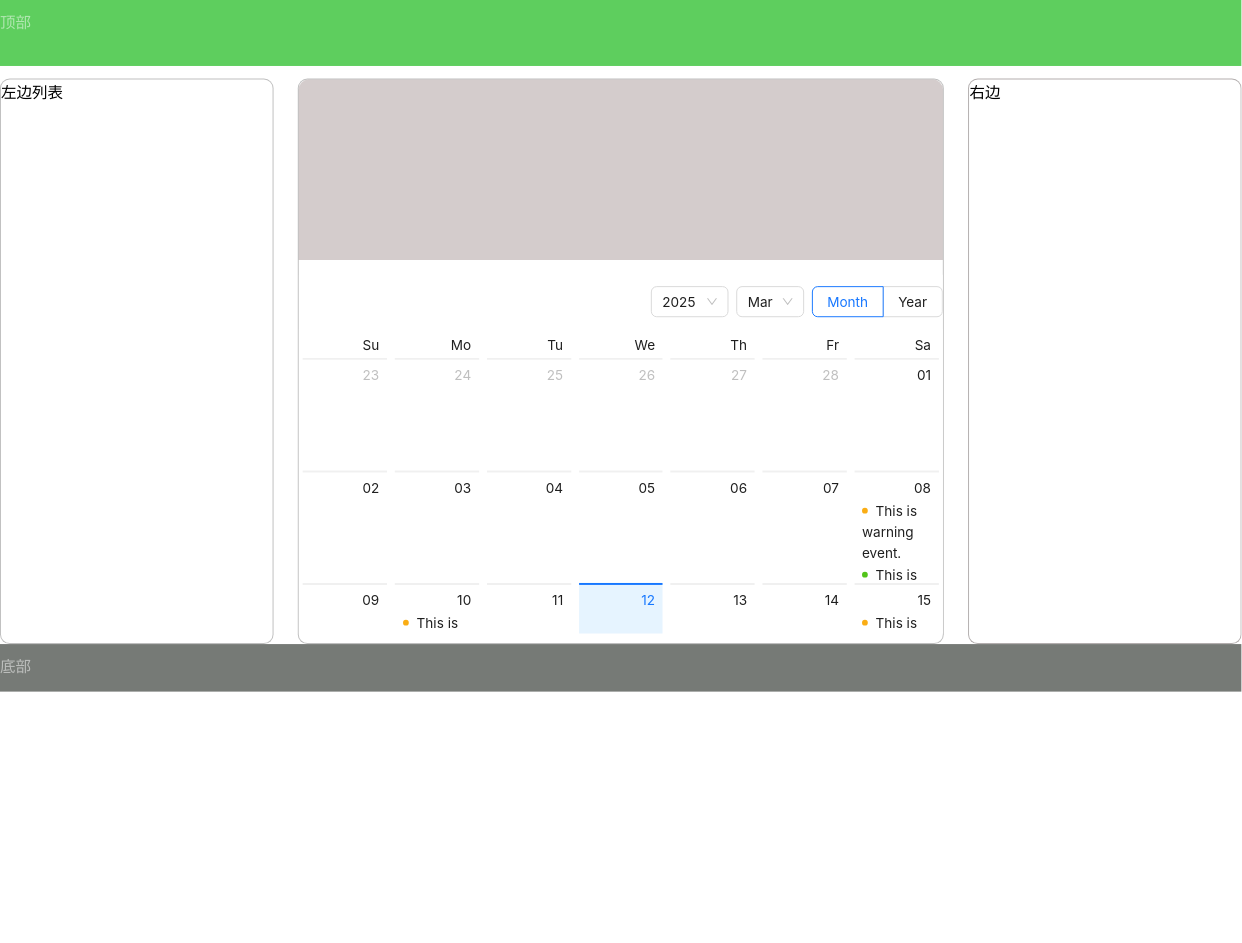
Repository: karicat996/-
Page: /index
An editor plug-in stored every save of this project. The page is shown before and after the next save, followed by the edit.
The browser window is 1280 px wide. The pictures show the whole page, at 97% of full size.
The project was rebuilt for these pictures with package versions that can differ from the ones it lists, and the page was loaded fresh each time. Also part of the build but not shown: vite.config.ts, src/pages/Plan/Plans.tsx, src/layouts/Layouts.tsx, src/pages/TestDemo/index.tsx, src/pages/404.tsx, src/pages/User/Login.tsx, src/pages/User/Register.less, src/services/authServices.tsx and 2 more.

Above is the page before, as saved 2025-03-24 21:25:56.

After the next save:
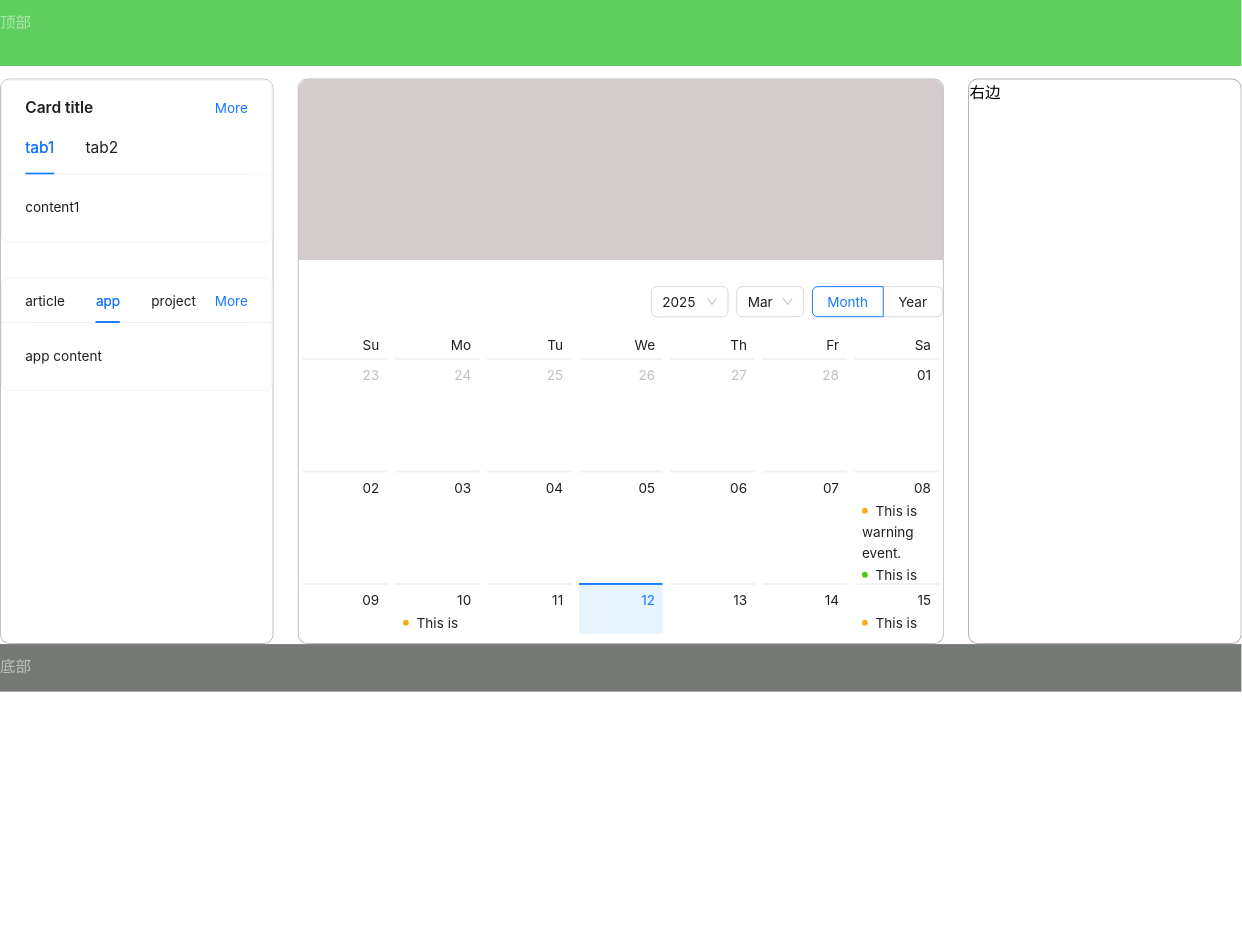
Saved 70 s later.
--- a/src/pages/Home/HomePage.tsx
+++ b/src/pages/Home/HomePage.tsx
@@ -1,5 +1,6 @@
 
 import CalendarComponent from '../Calendar/CalendarPage'
+import WishCard from '../Calendar/WishCard'
 import './HomePage.less'
 export const Home = () => {
   return (
@@ -11,7 +12,7 @@ export const Home = () => {
     </div>
     <div className="core-container">
     <div className="left-container">
-      左边列表
+      <WishCard />
     </div>
 
     <div className="middle-container">
